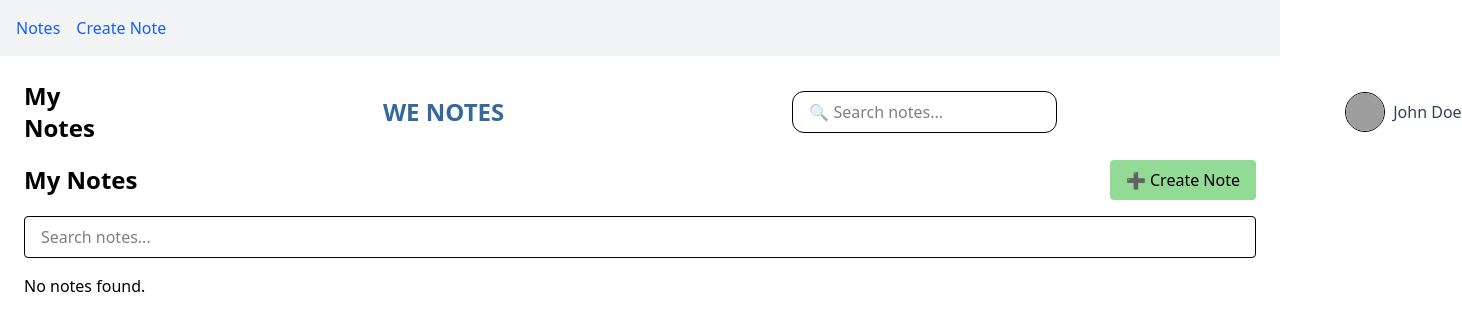
Repository: pin-seavmuy/NoteApplication
Page: / (app in note-vue/)
These files come from the project's save history. The page is drawn as it stood at one moment and after the next save; the edit follows.
The browser window is 1280 px wide. The page is 1462 px wide, then 1280 px, so the pictures cover 1462 px, including what lies to the right of the window. The pictures show the whole page.
Pictures or frames that could not be fetched are drawn as grey boxes. The page's requests for data from a server got no answer. The project was rebuilt for these pictures with package versions that can differ from the ones it lists, and the page was loaded fresh each time. No one was signed in, and anything a server would have sent is missing. Also part of the build but not shown: note-vue/vite.config.ts, note-vue/src/components/NoteWrapper.vue, note-vue/src/views/CreateNote.vue, note-vue/src/views/NoteDetail.vue, note-vue/src/views/UpdateNote.vue.

Above is the page before, as saved 2025-09-16 11:12:57.

### note-vue/src/main.ts
// import { createApp } from 'vue'
// import './style.css'
// import App from './App.vue'

// createApp(App).mount('#app')


import { createApp } from 'vue'
import App from './App.vue'
import router from './router'
import './style.css'

const app = createApp(App)
app.use(router)
app.mount('#app')

### note-vue/src/App.vue
<script setup lang="ts">
  import HelloWorld from './components/HelloWorld.vue'
  import NotesList from '../components/NotesList.vue'
</script>

<!-- <template>
  <div>
    <HelloWorld msg="Vite + Vue" />
    <NotesList />
  </div>
</template> -->

<template>
  <div>
    <nav class="p-4 bg-gray-100 flex space-x-4">
      <router-link to="/" class="text-blue-600 hover:underline">Notes</router-link>
      <router-link to="/create" class="text-blue-600 hover:underline">Create Note</router-link>
    </nav>

    <router-view />
  </div>
</template>

<style scoped>
</style>

### note-vue/src/router/index.ts
import { createRouter, createWebHistory } from 'vue-router'

import NotesList from '../views/NotesList.vue'
import CreateNote from '../views/CreateNote.vue'
import NoteDetail from '../views/NoteDetail.vue'
import UpdateNote from '../views/UpdateNote.vue'

const routes = [
  {
    path: '/',
    name: 'NotesList',
    component: NotesList,
  },
  {
    path: '/create',
    name: 'CreateNote',
    component: CreateNote,
  },
  {
    path: '/notes/:id',
    name: 'NoteDetail',
    component: NoteDetail,
    props: true,
  },
    {
    path: '/notes/:id/edit',
    name: 'UpdateNote',
    component: UpdateNote,
    props: true
    }
]

const router = createRouter({
  history: createWebHistory(),
  routes,
})

export default router

### note-vue/src/views/NotesList.vue
<template>
  <div class="p-6">
    <div class="flex items-center justify-between mb-4 space-x-72">
      <h1 class="text-2xl font-bold">My Notes</h1>
      <router-link to="/" class="text-2xl font-bold flex-shrink-0 hover:underline" style="color: #34699A;">WE NOTES</router-link>

      <input
        v-model="search"
        type="text"
        placeholder="🔍 Search notes..."
        class="px-4 py-2 border rounded-xl flex-grow"
      />

      <div class="flex items-center space-x-2 flex-shrink-0">
        <img
          src="https://ui-avatars.com/api/?name=User"
          alt="User Avatar"
          class="w-10 h-10 rounded-full border"
        />
        <span class="text-gray-700 font-medium">John Doe</span>
      </div>
    </div>

    <div class="flex items-center justify-between mb-4">
      <h1 class="text-2xl font-bold">My Notes</h1>
      <router-link
        to="/create"
        class="text-base px-4 py-2 rounded text-black hover:brightness-90"
        style="background-color: #93DA97;"
      >
        ➕  Create Note
      </router-link>
    </div>



    <input
      v-model="search"
      type="text"
      placeholder="Search notes..."
      class="px-4 py-2 border rounded w-full mb-4"
    />

    <div v-if="loading">Loading...</div>
    <div v-else-if="filteredNotes.length === 0">No notes found.</div>

    <div
      v-else
      class="grid gap-4 grid-cols-1 sm:grid-cols-2 lg:grid-cols-3 xl:grid-cols-4"
    >
      <NoteWrapper
        v-for="note in filteredNotes"
        :key="note.id"
        :note="note"
      />
    </div>
  </div>
</template>

<script setup lang="ts">
import { ref, computed, onMounted } from 'vue'
import api from '../api/axios'
import NoteWrapper from '../components/NoteWrapper.vue'

interface Note {
  id: number
  title: string
  content: string | null
  createdAt: string
  updatedAt?: string | null
}

const notes = ref<Note[]>([])
const loading = ref(false)
const search = ref('')

async function fetchNotes() {
  loading.value = true
  try {
    const res = await api.get('/Notes')
    notes.value = res.data as Note[]
  } catch (error) {
    console.error('Error fetching notes:', error)
  } finally {
    loading.value = false
  }
}

const filteredNotes = computed(() =>
  notes.value.filter(note =>
    note.title.toLowerCase().includes(search.value.toLowerCase())
  )
)

onMounted(fetchNotes)
</script>

### note-vue/src/api/axios.ts
import axios from 'axios'

const api = axios.create({
  baseURL: 'http://localhost:5258/api',
})

export default api;

Loaded but not shown: note-vue/index.html (common file); note-vue/src/style.css (common file)

After the next save:
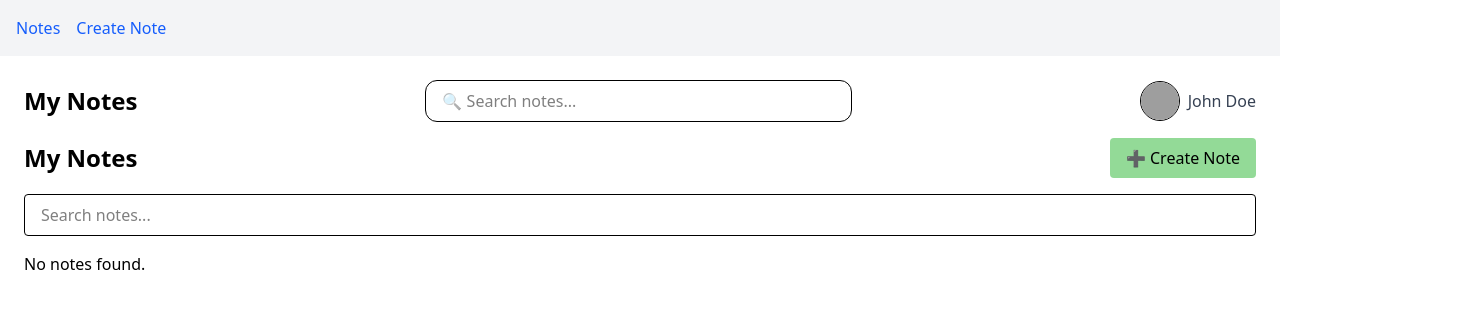
Saved 4 s later.
--- a/note-vue/src/views/NotesList.vue
+++ b/note-vue/src/views/NotesList.vue
@@ -2,7 +2,6 @@
   <div class="p-6">
     <div class="flex items-center justify-between mb-4 space-x-72">
       <h1 class="text-2xl font-bold">My Notes</h1>
-      <router-link to="/" class="text-2xl font-bold flex-shrink-0 hover:underline" style="color: #34699A;">WE NOTES</router-link>
 
       <input
         v-model="search"
